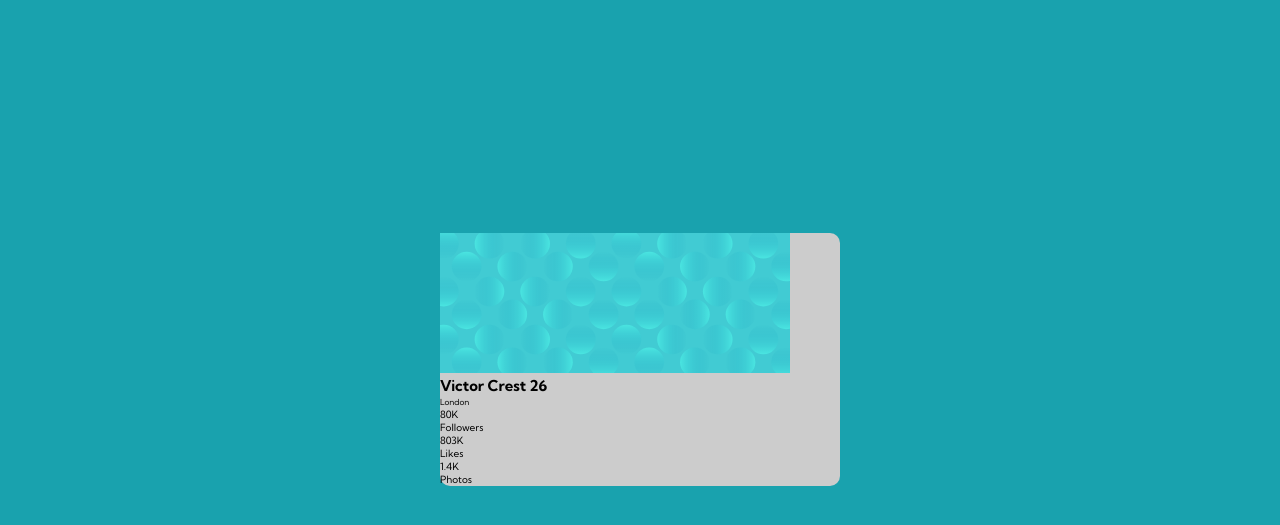
Repository: thaibaocoder1/profile-card-component-main
Page: index.html
An editor plug-in stored every save of this project. The page is shown before and after the next save, followed by the edit.
The browser window is 1280 px wide. The pictures show the whole page.

Above is the page before, as saved 2023-01-11 13:39:25.

### index.html
<!DOCTYPE html>
<html lang="en">
<head>
  <meta charset="UTF-8">
  <meta name="viewport" content="width=device-width, initial-scale=1.0">
  <link rel="icon" type="image/png" sizes="32x32" href="./images/favicon-32x32.png">
  <title>Frontend Mentor | Profile card component</title>
  <link rel="stylesheet" href="./style.css">
  <!-- Feel free to remove these styles or customise in your own stylesheet 👍 -->
  <style>
    .attribution { font-size: 11px; text-align: center; }
    .attribution a { color: hsl(228, 45%, 44%); }
  </style>
</head>
<body>
  <main class="card">
    <section class="card__wrapper">
      <img src="./images/bg-pattern-card.svg" alt="">
    </section>
    <section class="card__bottom">
      <h1 class="card__bottom--heading">Victor Crest <span>26</span></h1>
      <small class="card__bottom--address">London</small>
      <hr>
      <div class="card__bottom--socials">
        <div class="card__bottom--item">
          <p>80K</p>
          <span>Followers</span>
        </div>
        <div class="card__bottom--item">
          <p>803K</p>
          <span>Likes</span>
        </div>
        <div class="card__bottom--item">
          <p>1.4K</p>
          <span>Photos</span>
        </div>
      </div>
    </section>
  </main>
  <!-- <div class="attribution">
    Challenge by <a href="https://www.frontendmentor.io?ref=challenge" target="_blank">Frontend Mentor</a>.
    Coded by <a href="#">Your Name Here</a>.
  </div> -->
</body>
</html>

### style.css
@import url('https://fonts.googleapis.com/css2?family=Kumbh+Sans:wght@400;700&display=swap');
* {
    margin: 0;
    padding: 0;
    box-sizing: border-box;
    border: none;
    outline: none;
}
html {
    font-size: 62.5%;
}
body {
    text-rendering: optimizeLegibility;
    scroll-behavior: smooth;
    font-family: 'Kumbh Sans', sans-serif;
    display: flex;
    align-items: center;
    justify-content: center;
    background-color: var(--dark-cyan);
    height: calc(100vh - 1px)
}
:root {
    --dark-cyan: hsl(185, 75%, 39%);
    --very-dark-blue: hsl(229, 23%, 23%);
    --dark-blue: hsl(227, 10%, 46%);
    --dark-grey: hsl(0, 0%, 59%);
}
.card {
    width: 400px;
    background-color: #ccc;
    border-radius: 1rem;
    position: relative;
}
.card__top img {
    width: 10rem;
    height: 10rem;
    border-radius: 50%;
    object-fit: cover;
    border: 6px solid #fff;
    position: absolute;
    top: 0;
    left: 50%;
    transform: translate(-50%, -50%);
}

After the next save:
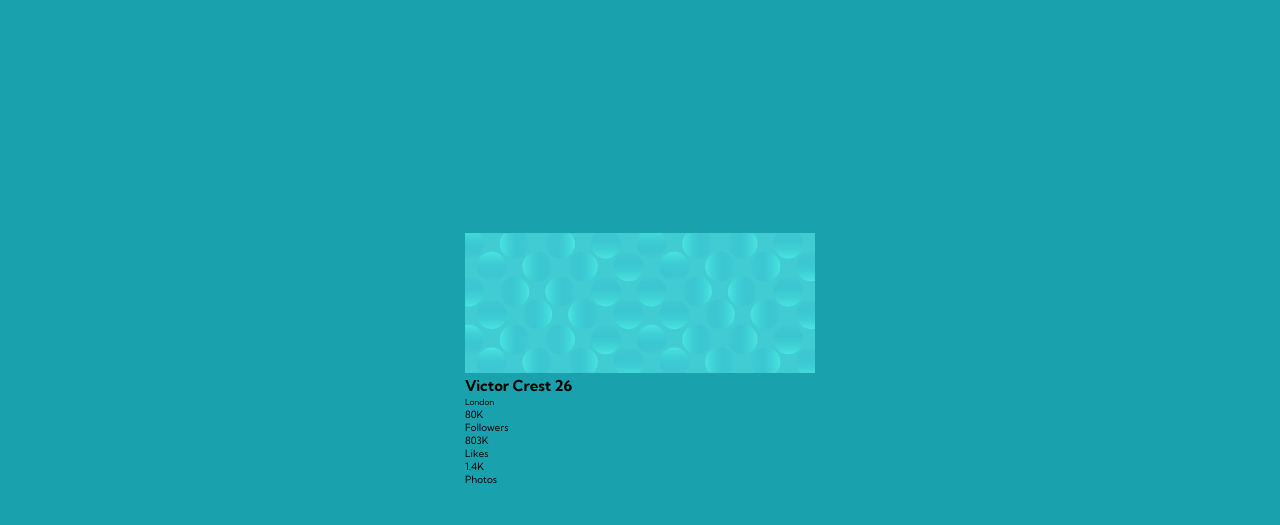
Saved 3 s later.
--- a/style.css
+++ b/style.css
@@ -25,20 +25,3 @@ body {
     --dark-blue: hsl(227, 10%, 46%);
     --dark-grey: hsl(0, 0%, 59%);
 }
-.card {
-    width: 400px;
-    background-color: #ccc;
-    border-radius: 1rem;
-    position: relative;
-}
-.card__top img {
-    width: 10rem;
-    height: 10rem;
-    border-radius: 50%;
-    object-fit: cover;
-    border: 6px solid #fff;
-    position: absolute;
-    top: 0;
-    left: 50%;
-    transform: translate(-50%, -50%);
-}
